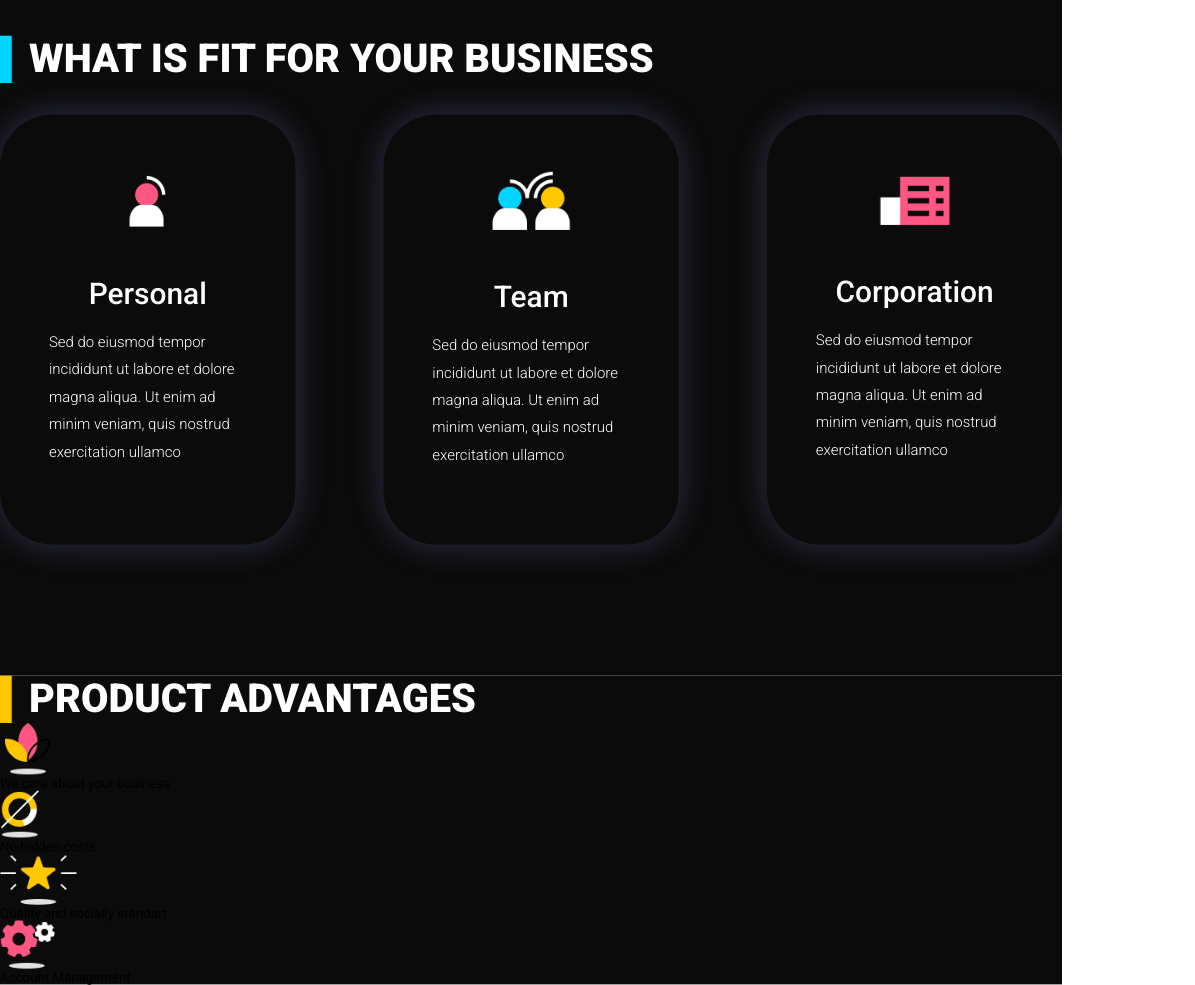
Repository: VetaWhale/team-site-test
Page: index.html
The author's editor kept a copy of each file at every save. The page is drawn from the files as they stood at one save, then again after the next save.
The browser window is 1280 px wide. The page is 1280 px wide, then 1440 px, so the pictures cover 1440 px, including what lies to the right of the window. The pictures show the whole page, at 83% of full size.
Some web fonts or font styles are not loaded; a fallback is used.

Above is the page before, as saved 2023-04-24 14:21:50.

### index.html
<!DOCTYPE html>
<html lang="en">

<head>
    <meta charset="UTF-8" />
    <link rel="stylesheet" href="./css/reset.css" />
    <link rel="preconnect" href="https://fonts.googleapis.com" />
    <link rel="preconnect" href="https://fonts.gstatic.com" crossorigin />
    <link href="https://fonts.googleapis.com/css2?family=Nunito:wght@400;800&family=Oranienbaum&family=Prata&family=Rammetto+One&family=Roboto:wght@300;400;500;700;900&display=swap" rel="stylesheet" />
    <link rel="stylesheet" href="./css/index.css" />
    <title>Our test site</title>
</head>

<body>
    <header></header>
    <main>
        <section class="business">
            <div class="business__title">
                <img class="business__icon" src="./resources/business_icon.png" alt="">
                <h2 class="business__text">
                    WHAT IS FIT FOR YOUR BUSINESS
                </h2>
            </div>
            <div class="business__container">
                <div class="business__item">
                    <img src="./resources/people__icon.png" alt="" />
                    <h2 class="business__title-text">Personal</h2>
                    <p class="business__description">
                        Sed do eiusmod tempor incididunt ut labore et dolore magna aliqua. Ut enim ad minim veniam, quis nostrud exercitation ullamco
                    </p>
                </div>

                <div class="business__item">
                    <img src="./resources/two_people__icon.png" alt="" />
                    <h2 class="business__title-text">Team</h2>
                    <p class="business__description">
                        Sed do eiusmod tempor incididunt ut labore et dolore magna aliqua. Ut enim ad minim veniam, quis nostrud exercitation ullamco
                    </p>
                </div>
                <div class="business__item">
                    <img src="./resources/home__icon.png" alt="" />
                    <h2 class="business__title-text">Corporation</h2>
                    <p class="business__description">
                        Sed do eiusmod tempor incididunt ut labore et dolore magna aliqua. Ut enim ad minim veniam, quis nostrud exercitation ullamco
                    </p>
                </div>
            </div>
        </section>
        <section class="product__section">
            <h2 class="product__title">
                <img src="./resources/product_icon.png" alt=""> PRODUCT ADVANTAGES
            </h2>
            <div class="product__container">
                <div class="product__item">
                    <img src="./resources/product_icon-flower.png" alt="">
                    <h2 class="product__title-text">
                        We care about your business
                    </h2>
                </div>
                <div class="product__item">
                    <img src="./resources/product_icon-ellipse.png" alt="">
                    <h2 class="product__title-text">
                        No hidden costs
                    </h2>
                </div>
                <div class="product__item">
                    <img src="./resources/product_icon-star.png" alt="">
                    <h2 class="product__title-text">
                        Quality and socially standart
                    </h2>
                </div>
                <div class="product__item">
                    <img src="./resources/ICON 04.png" alt="">
                    <h2 class="product__title-text">
                        Account Management
                    </h2>
                </div>
            </div>
        </section>
    </main>
    <footer></footer>
</body>

</html>

### css/index.css
/* Шрифты для нашего сайта */


/*
font-family: 'Nunito', sans-serif;
font-family: 'Oranienbaum', serif;
font-family: 'Prata', serif;
font-family: 'Rammetto One', cursive;
font-family: 'Roboto', sans-serif;
*/

@import'../css/business.css';
@import'../css/product.css';
body {
    font-family: 'Roboto', sans-serif;
}

### css/business.css
.business {
    width: 100%;
    background-color: #0C0B0B;
    padding-top: 43px;
    margin: 0 auto;
}

.business__container {
    max-width: 1440px;
    margin: 0 auto;
    display: flex;
    flex-direction: row;
    gap: 94px;
    padding-top: 38px;
    padding-bottom: 158px;
    justify-content: space-between;
}

.business__title {
    max-width: 1440px;
    margin: 0 auto;
    display: flex;
    gap: 20px;
}

.business__text {
    font-weight: 900;
    font-size: 48px;
    line-height: 56px;
    color: #FFFFFF;
}

.business__title-text {
    font-weight: 500;
    font-size: 36px;
    line-height: 42px;
    color: #FFFFFF;
    padding-top: 40px;
}

.business__item {
    display: flex;
    justify-content: center;
    align-items: center;
    flex-direction: column;
    width: 356px;
    height: 518px;
    box-shadow: 0px 0px 40px rgba(146, 163, 255, 0.25);
    border-radius: 63px;
    gap: 20px;
}

.business__description {
    font-weight: 300;
    font-size: 18px;
    line-height: 33px;
    color: #FFFFFF;
    width: 238.17px;
    height: 188px
}

### css/product.css
.product__section {
    width: 100%;
    background-color: #0C0B0B;
    margin: 0 auto;
}

.product__title {
    display: flex;
    font-weight: 900;
    font-size: 48px;
    line-height: 56px;
    color: #FFFFFF;
    gap: 20px;
}

Loaded but not shown: css/reset.css (common file)

After the next save:
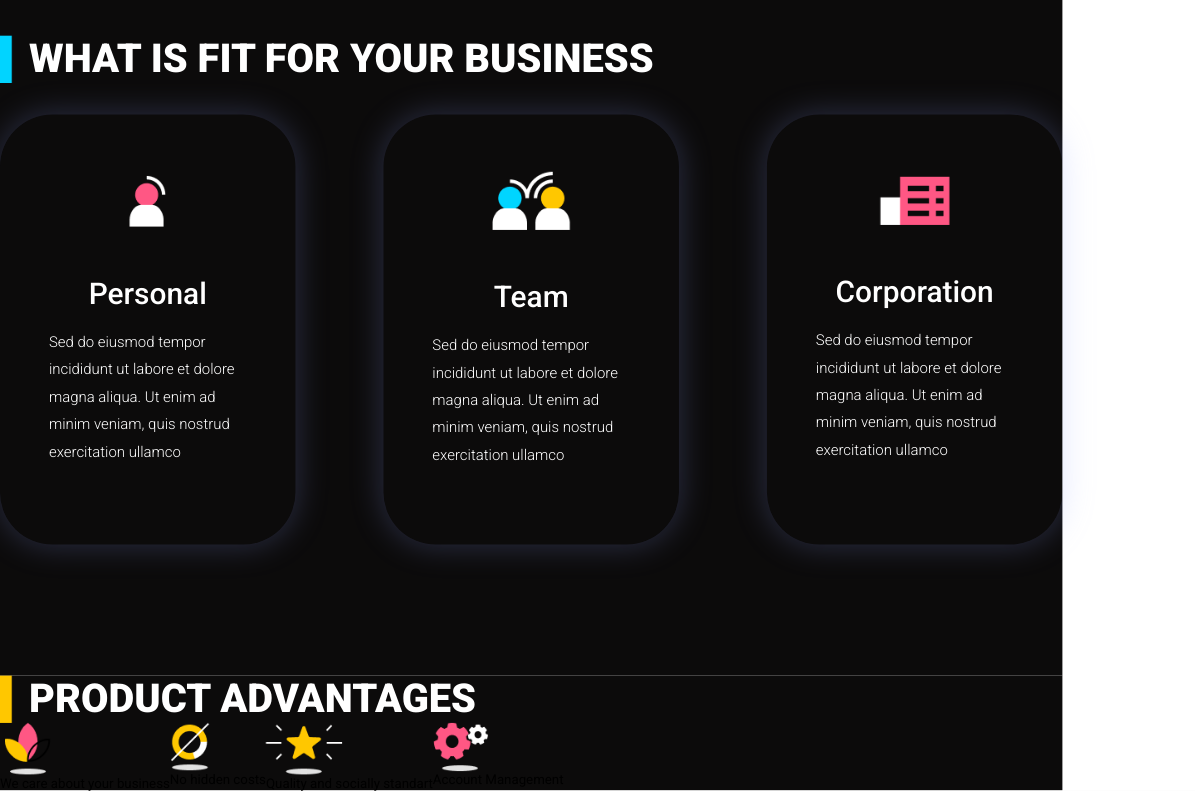
Saved 26 s later.
--- a/css/product.css
+++ b/css/product.css
@@ -12,3 +12,8 @@
     color: #FFFFFF;
     gap: 20px;
 }
+
+.product__container {
+    display: flex;
+    width: 1440px;
+}
